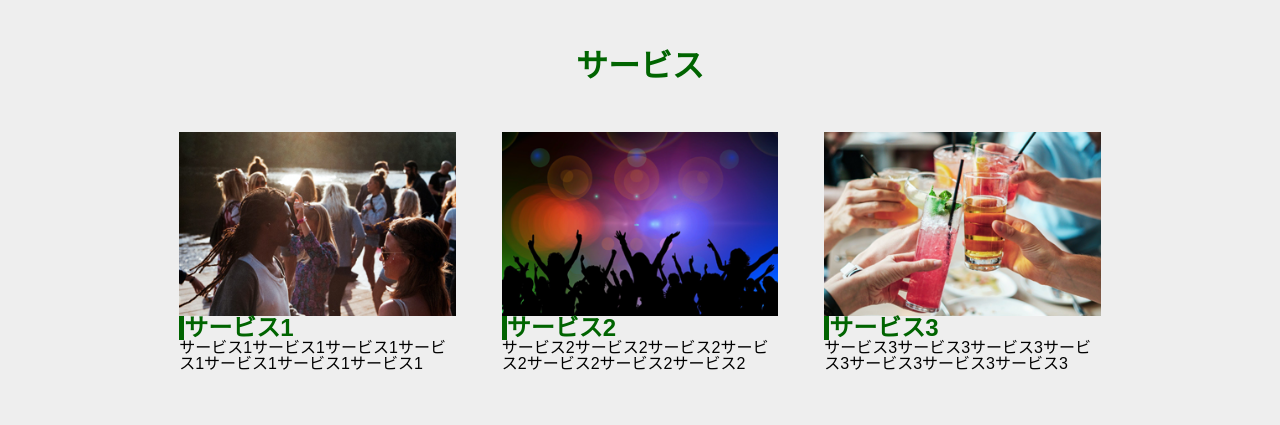
Repository: sonoyama01/dezasuta
Page: 第３回課題/work2/index.html
The author's editor kept a copy of each file at every save. The page is drawn from the files as they stood at one save, then again after the next save.
The browser window is 1280 px wide. The pictures show the whole page.

Above is the page before, as saved 2024-04-27 23:49:50.

### 第３回課題/work2/index.html
<!DOCTYPE html>
<html lang="ja">

<head>
    <meta charset="UTF-8">
    <meta name="viewport" content="width=device-width, initial-scale=1.0">
    <title>第3回課題work2</title>
    <link rel="stylesheet" href="./css/reset.css">
    <link rel="stylesheet" href="./css/style.css">
</head>

<body>
    <h1>サービス</h1>
    <div class="box">
        <div>
            <img src="./images/main_1.jpg" alt="">
            <h2>サービス1</h2>
            <p>サービス1サービス1サービス1サービス1サービス1サービス1サービス1</p>
        </div>

        <div>
            <img src="./images/main_2.png" alt="">
            <h2>サービス2</h2>
            <p>サービス2サービス2サービス2サービス2サービス2サービス2サービス2</p>
        </div>

        <div>
            <img src="./images/main_3.png" alt="">
            <h2>サービス3</h2>
            <p>サービス3サービス3サービス3サービス3サービス3サービス3サービス3</p>
        </div>
    </div>

</body>

</html>

### 第３回課題/work2/css/reset.css
@charset "utf-8";

/* cssリセット */

/*利用するタグによってこちらの内容は増やす*/

html,
body,
h1,
h2,
h3,
p,
dl,
dt,
dd,
ul,
li {
  margin: 0;
  padding: 0;
  line-height: 1;
  /*デフォルトの文字色、font-familyを予め当てておく*/
  color: #000;
  font-family: "游ゴシック体", YuGothic, "游ゴシック", "Yu Gothic", "メイリオ",
    "Hiragino Kaku Gothic ProN", "Hiragino Sans", sans-serif;
}

a {
  /*下線を消す*/
  text-decoration: none;
  /*色を消す*/
  color: inherit;
}

ul {
  /*左の「・」を消す*/
  list-style: none;
}

img {
  max-width: 100%;
  vertical-align: bottom;
  border: none;
}

### 第３回課題/work2/css/style.css
@charset "utf-8";

body {
  width: 960px;
  background-color: #eeeeee;
  margin: 0 auto;
}
h1 {
  text-align: center;
  color: #006400;
  margin: 50px auto;
}

h2 {
  color: #006400;
  border-left: 5px solid #006400;
}

.box {
  display: flex;
  justify-content: space-between;
  padding: 0 2%;
}
.box div {
  width: 30%;
}

@media screen and (max-width: 400px) {
  h1 {
    max-width: 400px;

  }

  .box {
    flex-direction: column;
  }
}

.box div{
    m
}

After the next save:
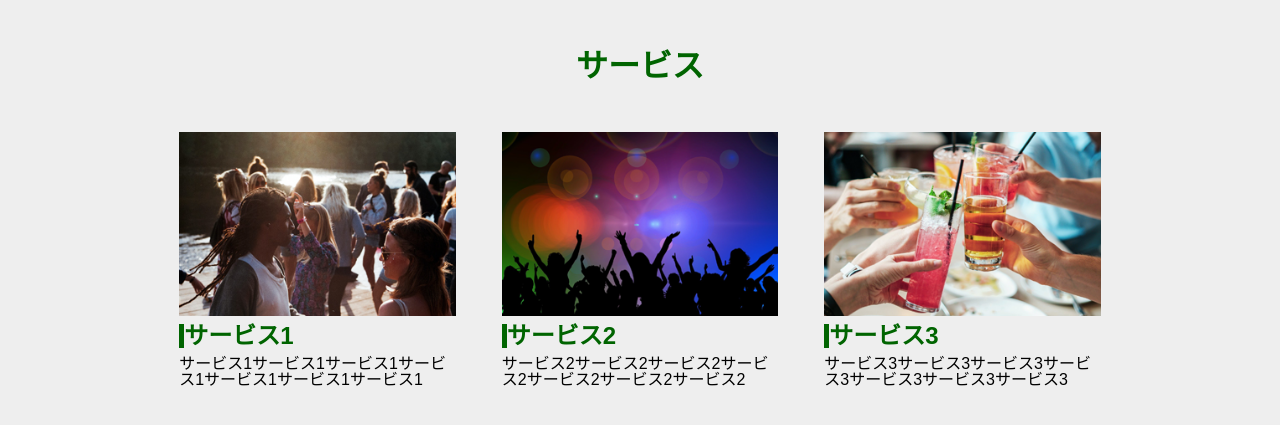
Saved 6 min 15 s later.
--- a/第３回課題/work2/css/style.css
+++ b/第３回課題/work2/css/style.css
@@ -25,10 +25,15 @@ h2 {
   width: 30%;
 }
 
+img,
+h2,
+p {
+  margin-bottom: 8px;
+}
+
 @media screen and (max-width: 400px) {
   h1 {
     max-width: 400px;
-
   }
 
   .box {
@@ -36,6 +41,5 @@ h2 {
   }
 }
 
-.box div{
-    m
+.box div {
 }
